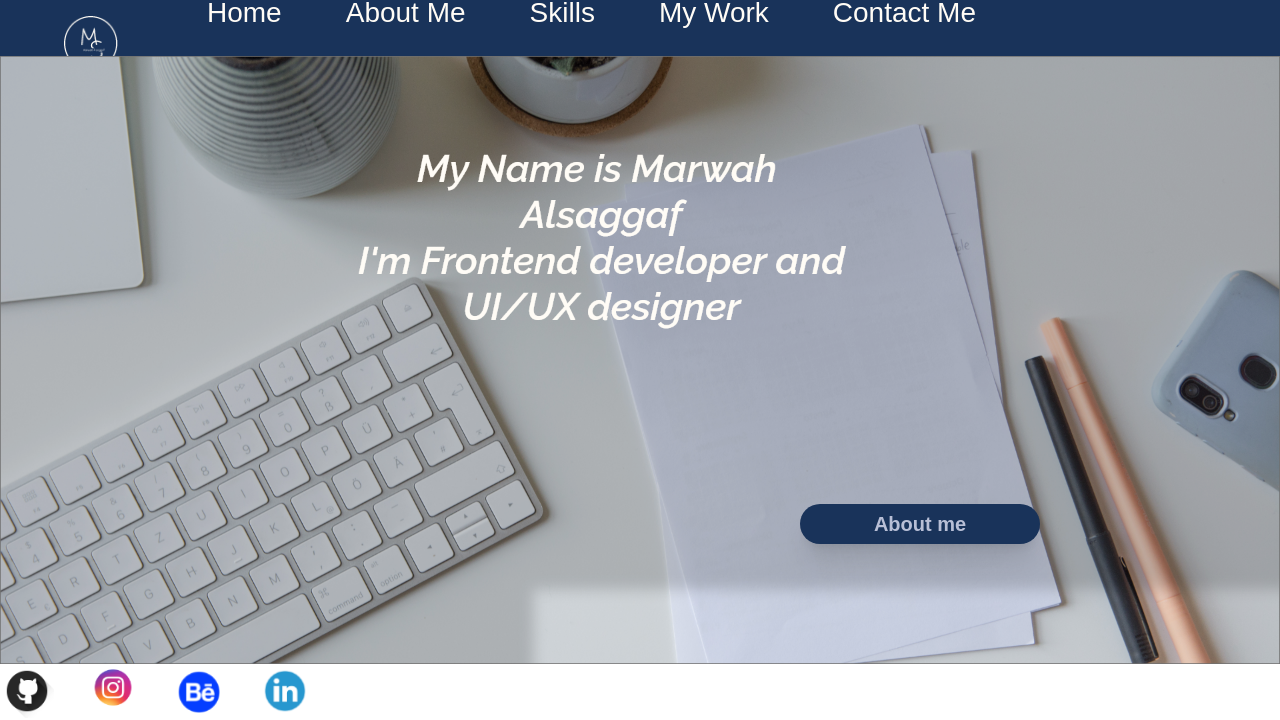
Repository: MEROO1010/my_portfolio
Page: /
An editor plug-in stored every save of this project. The page is shown before and after the next save, followed by the edit.
The browser window is 1280 px wide. The pictures show the whole page.
The project was rebuilt for these pictures with package versions that can differ from the ones it lists, and the page was loaded fresh each time. The framework's server and built-in components were replaced by stand-ins that run in the browser. Also part of the build but not shown: next.config.js.

Above is the page before, as saved 2023-03-10 01:32:38.

### pages/_app.tsx
import '../styles/globals.css'
import type { AppProps } from 'next/app'
import 'tailwindcss/tailwind.css'


function MyApp({ Component, pageProps }: AppProps) {
  return <Component {...pageProps} />
}

export default MyApp

### pages/index.tsx
import type { NextPage } from 'next'
import HomePage from './components/HomePage'

const Home: NextPage = () => {
  return (
    <div>
      <HomePage/>
    </div>
  )
}

export default Home

### styles/globals.css
@tailwind base;
@tailwind components;
@tailwind utilities;
@import url('https://fonts.googleapis.com/css2?family=Raleway:ital,wght@0,400;0,500;0,600;0,700;1,500;1,600&display=swap')

### pages/components/HomePage.tsx
import React from 'react'
import Image from 'next/image'


const HomePage = () => {
  return (
    <div className='bg-slate-700'>
        <Image src="/header.png" alt="Header" width={2000} height={0}/>

        <div className='mx-16 my-0 top-4  absolute	  '>
        <Image src="/my_logo_white.png" alt="My Logo" width={54} height={0}/>
        </div>

        <div>
          <ul className=' relative   float-right flex flex-col  px-8 mx-40 right-28   bottom-16   space-x-16 md:flex-row text-[#FFFCF6] text-[28px] font-raleway'>
            <li>Home</li>
            <li>About Me</li>
            <li>Skills</li>
            <li>My Work</li>
            <li>Contact Me</li>
          </ul>
        </div>


       <div className=' absolute   py-0'>
       <Image src="/assets/images/MainPage.png" alt="main image" width={1920} height={912}/>
        {/*add About Me button*/}
       <div className='absolute px-60 my-80 mx-60 left-80 top-32 '>
       <button className='bg-[#19335A] rounded-3xl w-60 h-10  text-[20px] text-[#B8BFD6] font-raleway font-semibold shadow-xl' >About me</button>
       </div>

        {/*add my others accounts list*/}

        <div>
          <ul className=' absolute   float-right flex flex-col     space-x-8 md:flex-row '>
            <li><a><Image src="/assets/images/github.png" alt="main image" width={54} height={54}/></a></li>
            <li><a><Image src="/assets/images/instagram.png" alt="main image" width={54} height={54}/></a></li>
            <li><a><Image src="/assets/images/behance.png" alt="main image" width={54} height={54}/></a></li>
            <li><a><Image src="/assets/images/linkedIn.png" alt="main image" width={54} height={54}/></a></li>
          </ul>
        </div>
       </div>






    </div>
  )
}

export default HomePage

### tailwind.config.js
/** @type {import('tailwindcss').Config} */
module.exports = {
   purge: ['./pages/**/*.{js,ts,jsx,tsx}', './components/**/*.{js,ts,jsx,tsx}'],
  content: [
    './pages/**/*.{js,ts,jsx,tsx}',
    './components/**/*.{js,ts,jsx,tsx}',
    './app/**/*.{js,ts,jsx,tsx}',
  ],
  theme: {
    extend:
    {
      fontFamily: {
        'raleway': ['Raleway', 'sans-serif']
      },
    },
  },
  plugins: [],
}

After the next save:
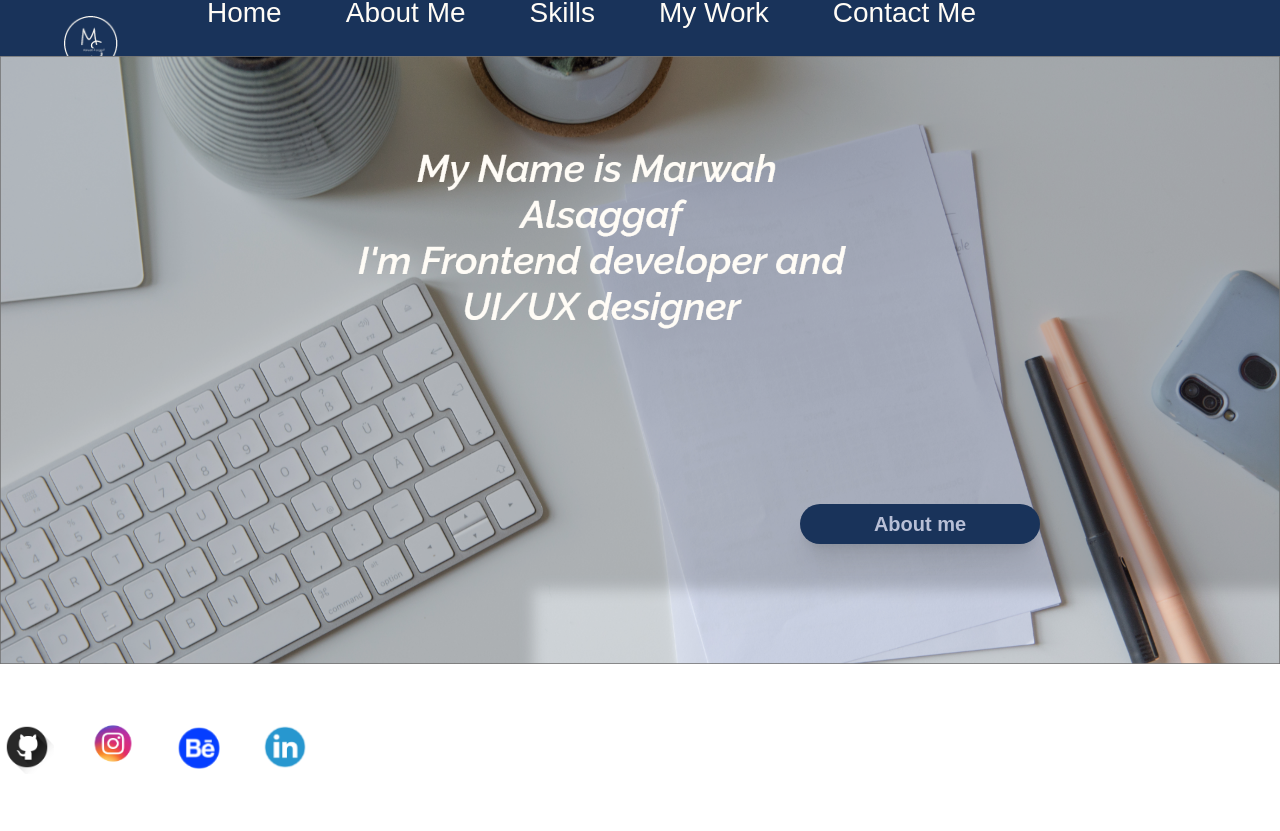
Saved 21 s later.
--- a/pages/components/HomePage.tsx
+++ b/pages/components/HomePage.tsx
@@ -32,7 +32,7 @@ const HomePage = () => {
         {/*add my others accounts list*/}
 
         <div>
-          <ul className=' absolute   float-right flex flex-col     space-x-8 md:flex-row '>
+          <ul className=' absolute   float-right flex flex-col  py-14   space-x-8 md:flex-row '>
             <li><a><Image src="/assets/images/github.png" alt="main image" width={54} height={54}/></a></li>
             <li><a><Image src="/assets/images/instagram.png" alt="main image" width={54} height={54}/></a></li>
             <li><a><Image src="/assets/images/behance.png" alt="main image" width={54} height={54}/></a></li>
